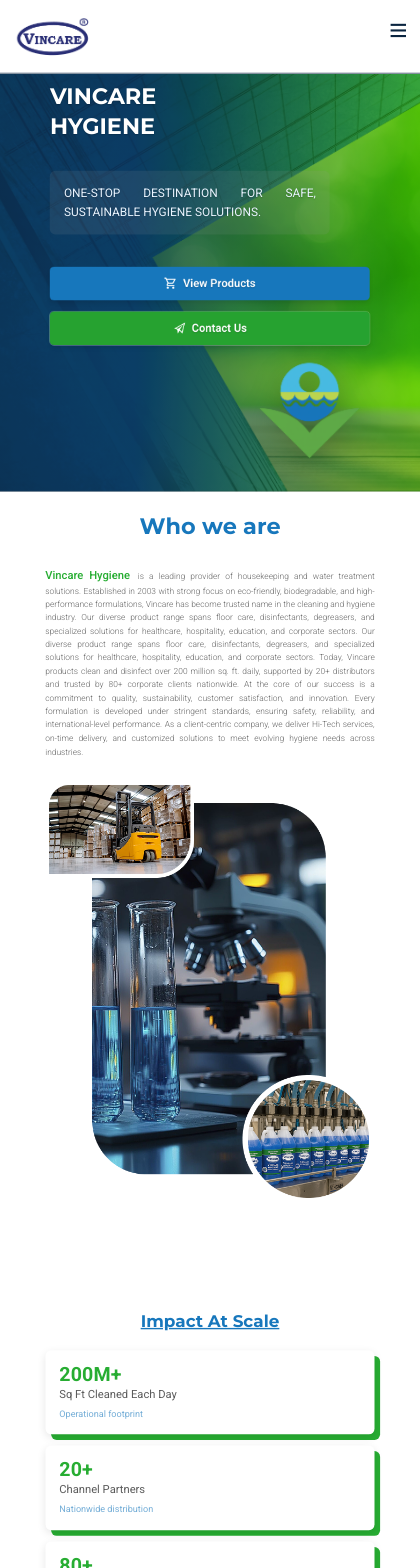
Repository: Yeshwanth-189/vincare
Page: / (app in vincare-frontend/)
These files come from the project's save history. The page is drawn as it stood at one moment and after the next save; the edit follows.
The browser window is 600 px wide. The pictures show the part of the page from y = 0 to 2240 px (the page is 3316 px tall before and 3323 px after), at 70% of full size.
The project was rebuilt for these pictures with package versions that can differ from the ones it lists, and the page was loaded fresh each time. Also part of the build but not shown: vincare-frontend/vite.config.js.

Above is the page before, as saved 2025-09-20 18:53:36.

After the next save:
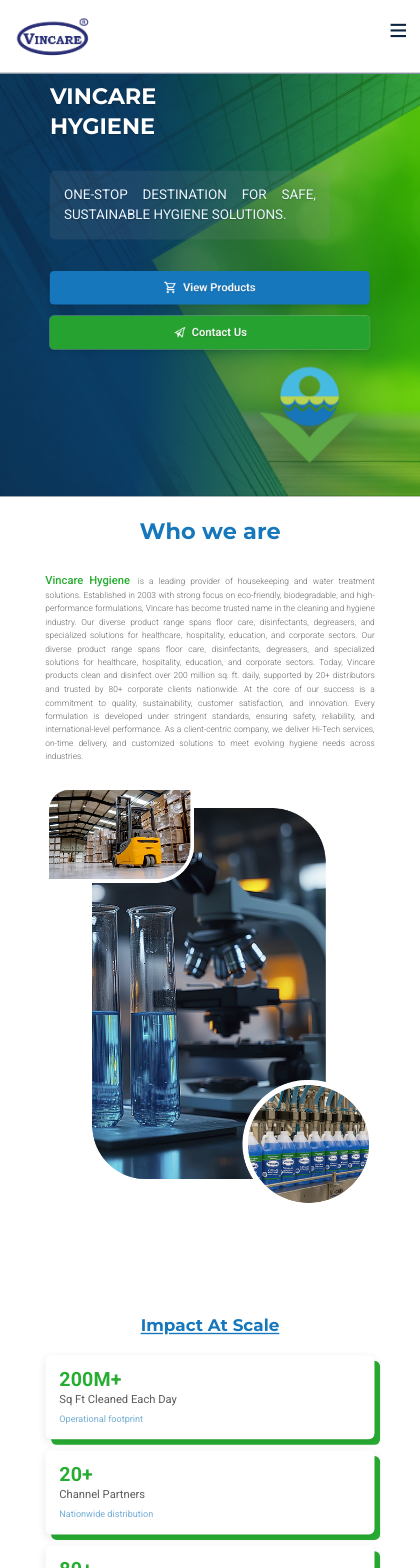
Saved 10 min 57 s later.
--- a/vincare-frontend/src/styles/Hero.css
+++ b/vincare-frontend/src/styles/Hero.css
@@ -156,7 +156,7 @@
   }
 
   .hero__text {
-    font-size: clamp(0.75rem, 1.5vw + 0.5rem, 1.75rem);
+    font-size: clamp(1.2rem, 1.7vw + 0.5rem, 2rem);
   }
 
   .hero__content {
